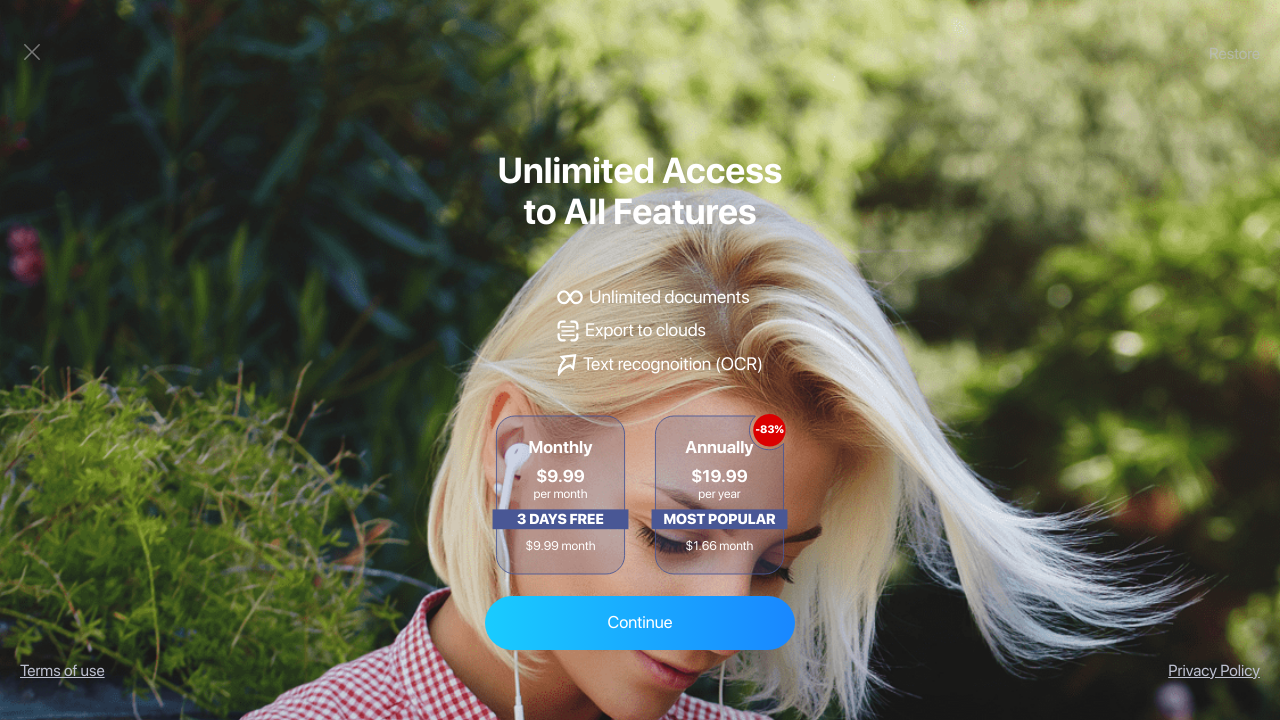
Repository: Ivan0195/bp-banner
Page: /
An editor plug-in stored every save of this project. The page is shown before and after a run of saves, followed by the edit.
The browser window is 1280 px wide. The pictures show the whole page.
The project was rebuilt for these pictures with package versions that can differ from the ones it lists, and the page was loaded fresh each time. Also part of the build but not shown: webpack.config.js.

Above is the page before, as saved 2023-03-17 11:08:51.

### src/index.html
<!DOCTYPE html>
<html lang="en">

<head>
  <meta charset="UTF-8">
  <meta http-equiv="X-UA-Compatible" content="IE=edge">
  <meta name="viewport" content="width=device-width, initial-scale=1.0">
  <link rel="icon" href="img/favicon.png" type="image/png">
  <title>BP-mobile</title>
</head>

<body>


  <header>
    <a href="#"><img src="/src/img/close.svg" alt="close"></a>
    <a href="#" class="restore">Restore</a>
  </header>


  <main>

    <h1 class="titleText">Unlimited Access to All Features</h1>

    <ul>
      <li>
        <img src="/src/img/unlimitedDocs.svg"/>
        Unlimited documents
      </li>
      <li><img src="/src/img/noAds.svg" />Export to clouds</li>
      <li><img src="/src/img/export.svg" />Text recognoition (OCR)</li>
    </ul>

    <div class="subscriptionsBlock">

      <div id="month" class="subscriptionMonthlyBlock">
        <span class="title">Monthly</span>
        <div class="subscriptionPriceBlock">
          <span class="bigPrice">$9.99</span>
          <span class="smallText">per month</span>
        </div>
        <span class="promotionLine">3 days free</span>
        <span class="smallText">$9.99 month</span>
      </div>

      <div id="year" class="subscriptionAnnualyBlock">
        <div class="discountTag">-83%</div>
        <span class="title">Annually</span>
        <div class="subscriptionPriceBlock">
          <span class="bigPrice">$19.99</span>
          <span class="smallText">per year</span>
        </div>
        <span class="promotionLine">most popular</span>
        <span class="smallText">$1.66 month</span>
      </div>

    </div>

      <a id="button" class="continueButton">Continue</a>
      <span></span>
  </main>


  <footer>
    <a href='#'>Terms of use</a>
    <a href='#'>Privacy Policy</a>
  </footer>


</body>
</html>

### src/index.js
import './index.html';
import './index.scss';

const month = document.getElementById('month');
const year = document.getElementById('year');
const button = document.getElementById('button');

const onElementSelect = (element, target, link) => {
    element.style.scale = 0.9;
    element.style.opacity = 0.5;
    target.style.scale = 1;
    target.style.opacity = 1;
    button.href = link;
}

month.onclick = () => onElementSelect(year, month, 'https://apple.com/');
year.onclick = () => onElementSelect(month, year, 'https://google.com/ ');

### src/style/_fonts.scss
@font-face {
  font-family: 'SFPro';
  src: url('../fonts/SFProDisplay-Regular.woff2') format('woff2'),
    url('../fonts/SFProDisplay-Regular.woff') format('woff');
}

@font-face {
  font-family: 'SFPro-Bold';
    src: url('../fonts/SFProDisplay-Bold.woff2') format('woff2'),
      url('../fonts/SFProDisplay-Bold.woff') format('woff');
  }

  @font-face {
    font-family: 'SFPro-Heavy';
    src: url('../fonts/SFProDisplay-Heavy.woff2') format('woff2'),
      url('../fonts/SFProDisplay-Heavy.woff') format('woff');
  }

### src/style/_var.scss
$textPrimary: #FFFFFF;
$textSecondary: #BDC0D0;
@mixin FlexCenter {
    display: flex;
    align-items: center;
    justify-content: center;
}

### src/style/_style.scss
body {
  font-family: 'SFPro';
  color: $textPrimary;
  background-image: url("/src/img/background-image.png");
  background-size: cover;
  padding: 40px 20px;
  display: flex;
  flex-direction: column;
  align-items: center;
  justify-content: space-between;
  box-sizing: border-box;
  height: 100vh;
}

header {
  @include FlexCenter;
  justify-content: space-between;
  width: 100%;
}

main {
  @include FlexCenter;
  flex-direction: column;
  justify-content: flex-end;
  height: 100%;
  row-gap: 12px;
}

ul {
  list-style-type: none;
  font-size: 18px;
  display: flex;
  flex-direction: column;
  row-gap: 12px;
}

li {
  display: flex;
  column-gap: 6px;
}

footer {
  width: 100%;
  @include FlexCenter;
  justify-content: space-between;
  color: $textSecondary;
  text-decoration: underline;
}

a {
  text-decoration: none;
  color: $textSecondary;
}

a:visited {
  text-decoration: none;
  color: $textSecondary;
}

.restore {
opacity: 0.6;
}

.titleText {
  width: 286px;
  text-align: center;
  font-family: 'SFPro-Bold';
  font-size: 36px;
}

.subscriptionsBlock {
  @include FlexCenter;
  column-gap: 8px;
}

.subscriptionMonthlyBlock {
  @include FlexCenter;
  flex-direction: column;
  row-gap: 10px;
  background-image: url('/src/img/shape-1.svg');
  height: 178px;
  width: 151px;
  background-size: contain;
  background-repeat: no-repeat;
  background-position: top;
  scale: 0.9;
  transition: all .5s
}

.subscriptionAnnualyBlock {
  position: relative;
  @extend .subscriptionMonthlyBlock;
  background-image: url('/src/img/shape-2.svg');
}

.subscriptionPriceBlock {
  @include FlexCenter;
  flex-direction: column;
}

.title {
  font-family: 'SFPro-bold';
    font-size: 19px;
}

.bigPrice {
  font-family: 'SFPro-bold';
  font-size: 19px;
}

.promotionLine {
  @include FlexCenter;
  background-color: #495795;
  width: 100%;
  text-align: center;
  font-family: 'SFPro-Heavy';
  text-transform: uppercase;
  height: 22px;
}

.smallText {
  font-size: 14px
}

.discountTag {
  @include FlexCenter;
  height: 36px;
  width: 36px;
  border-radius: 50%;
  background-color: #DB0000;
  position: absolute;
  font-family: 'SFPro-Heavy';
  font-size: 12px;
  top: -1px;
  right: 2px;
}

.continueButton {
  @include FlexCenter;
  width: 100%;
  background: linear-gradient(270deg, #1987FF 0%, #19CCFF 100%);
  border: none;
  height: 54px;
  border-radius: 27px;
  font-family: 'SFPro';
  font-size: 17px;
  color: $textPrimary
}

.continueButton :visited {
  color: $textPrimary;
}

Loaded but not shown: src/index.scss (common file)

After the next 2 saves:
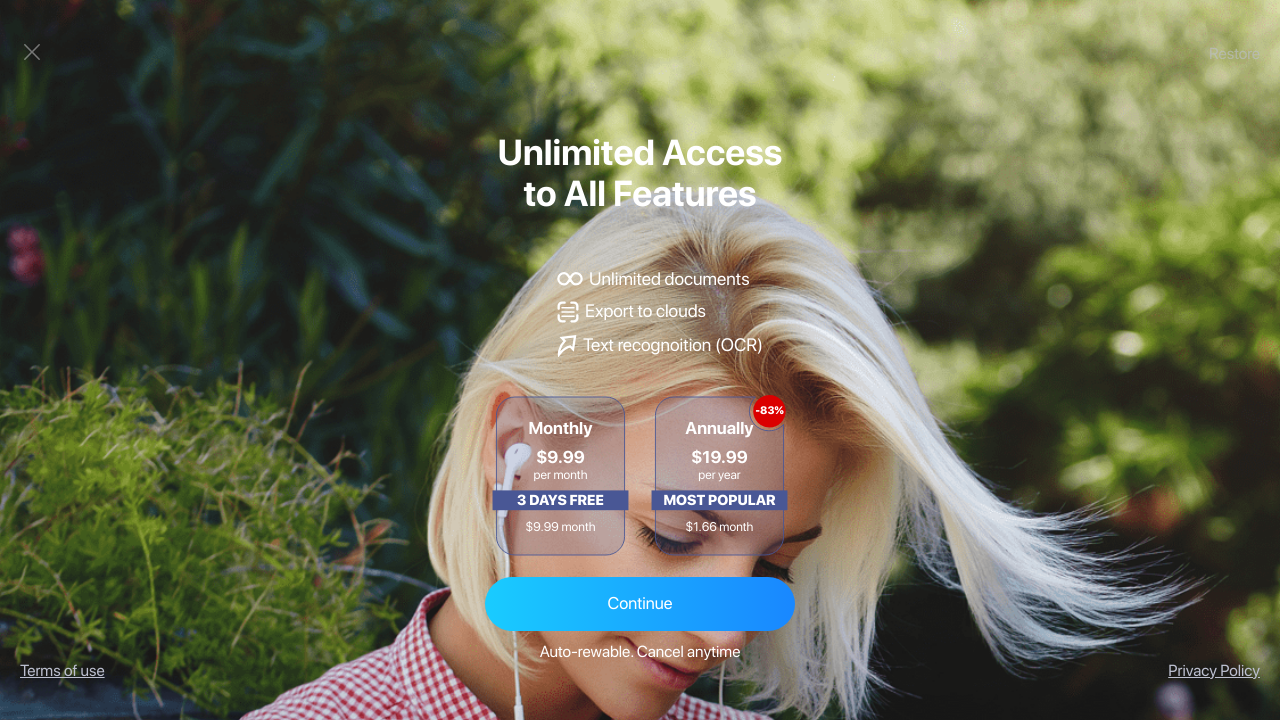
The 2 saves are shown as one change because they came seconds apart.
The last was saved 13 s later.
--- a/src/index.html
+++ b/src/index.html
@@ -57,7 +57,7 @@
     </div>
 
       <a id="button" class="continueButton">Continue</a>
-      <span></span>
+      <span class>Auto-rewable. Cancel anytime</span>
   </main>
 
 
